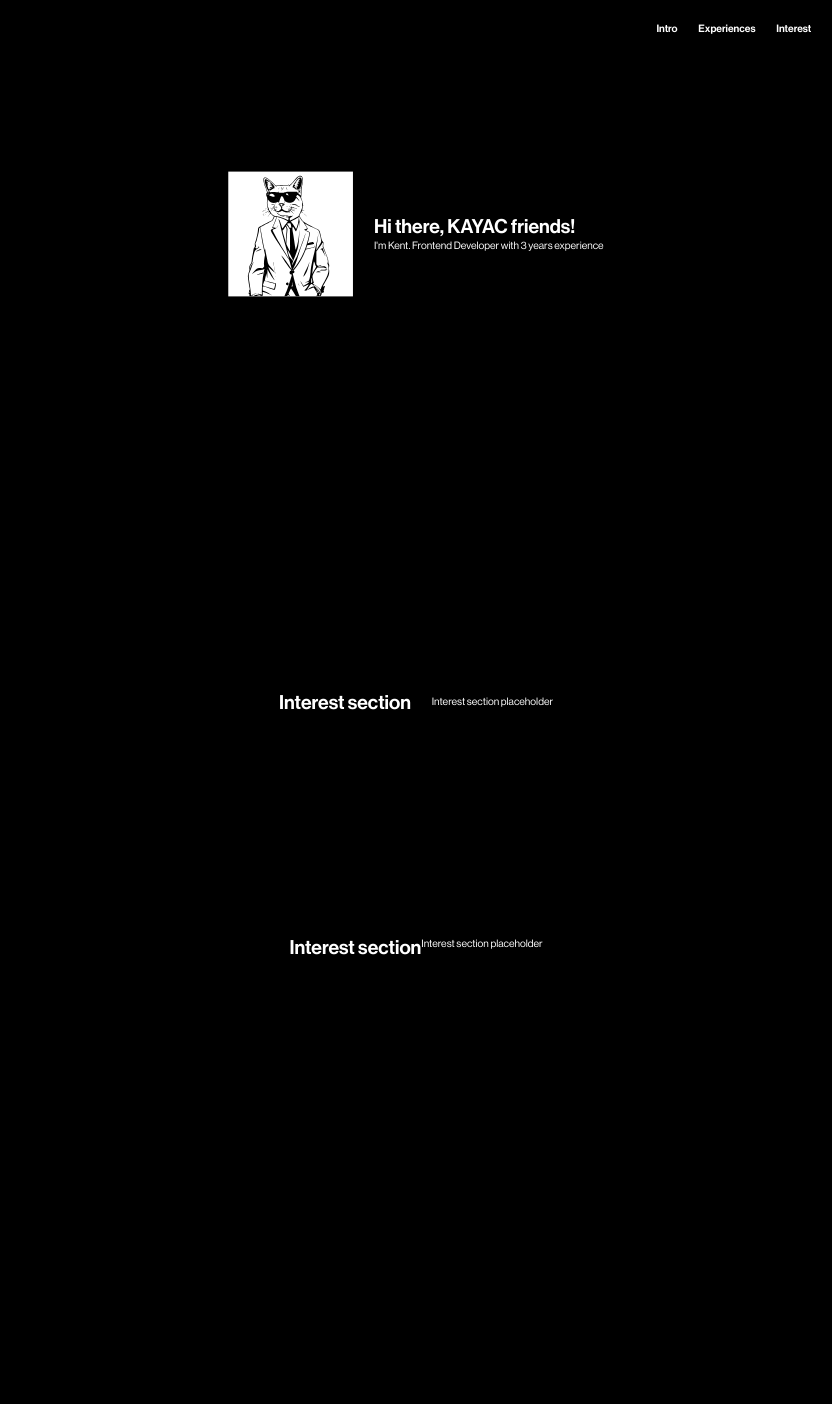
Repository: kentnathaniel/kayac-presentation
Page: /
The author's editor kept a copy of each file at every save. The page is drawn from the files as they stood at one save, then again after a run of saves.
The browser window is 1280 px wide. The pictures show the whole page, at 65% of full size.
The project was rebuilt for these pictures with package versions that can differ from the ones it lists, and the page was loaded fresh each time. Also part of the build but not shown: vite.config.ts.

Above is the page before, as saved 2024-09-14 09:23:52.

### src/App.tsx
import SmartCat from "./assets/smart-cat-suits.svg?react";

function App() {
  return (
    <div className="flex flex-col min-h-screen overflow-x-hidden">
      <nav className="flex w-screen fixed top-0 gap-8 p-8 justify-end">
        <a className="cursor-pointer">Intro</a>
        <a className="cursor-pointer">Experiences</a>
        <a className="cursor-pointer">Interest</a>
      </nav>

      <div className="flex justify-center mx-auto h-screen overflow-x-hidden">
        <div className="flex h-fit gap-8 items-center my-auto">
          <div className="bg-white w-fit">
            <SmartCat className="text-white w-48 h-48" />
          </div>
          <div>
            <h1 className="text-3xl text-left">Hi there, KAYAC friends!</h1>
            <p className="font-thin">
              I'm Kent. Frontend Developer with 3 years experience
            </p>
          </div>
        </div>
      </div>

      <div className="flex justify-center h-screen overflow-x-hidden">
        <div className="flex h-fit gap-8 items-center my-auto">
          <h1 className="text-3xl text-left">Interest section</h1>
          <p className="font-thin">Interest section placeholder</p>
        </div>
      </div>

      <div className="flex justify-center h-screen overflow-x-hidden">
        <h1 className="text-3xl text-left">Interest section</h1>
        <p className="font-thin">Interest section placeholder</p>
      </div>
    </div>
  );
}

export default App;

### src/index.css
@tailwind base;
@tailwind components;
@tailwind utilities;

body {
  background-color: black;
  color: white;
}

/* Thin */
@font-face {
  font-family: "Neue-Haas-Grotesk";
  src: url("./assets/fonts/NeueHaasDisplayRoman.ttf") format("truetype");
  font-weight: 300;
  font-style: normal;
}

@font-face {
  font-family: "Neue-Haas-Grotesk";
  src: url("./assets/fonts/NeueHaasDisplayRomanItalic.ttf") format("truetype");
  font-weight: 300;
  font-style: italic;
}

/* Mediums */
@font-face {
  font-family: "Neue-Haas-Grotesk";
  src: url("./assets/fonts/NeueHaasDisplayMedium.ttf") format("truetype");
  font-weight: 400;
  font-style: normal;
}

@font-face {
  font-family: "Neue-Haas-Grotesk";
  src: url("./assets/fonts/NeueHaasDisplayMediumItalic.ttf") format("truetype");
  font-weight: 400;
  font-style: italic;
}

/* Bolds */
@font-face {
  font-family: "Neue-Haas-Grotesk";
  src: url("./assets/fonts/NeueHaasDisplayBold.ttf") format("truetype");
  font-weight: 700;
  font-style: normal;
}

@font-face {
  font-family: "Neue-Haas-Grotesk";
  src: url("./assets/fonts/NeueHaasDisplayBoldItalic.ttf") format("truetype");
  font-weight: 700;
  font-style: italic;
}

body {
  font-family: "Neue-Haas-Grotesk", Arial, Helvetica, sans-serif;
}

### tailwind.config.ts
/** @type {import('tailwindcss').Config} */
export default {
  content: ["./index.html", "./src/**/*.{js,ts,jsx,tsx}"],
  theme: {
    extend: {
      fontFamily: {
        custom: ["Neue-Haas-Grotesk"],
      },
    },
  },
  plugins: [],
};

Loaded but not shown: index.html (common file); src/main.tsx (common file)

After the next 2 saves:
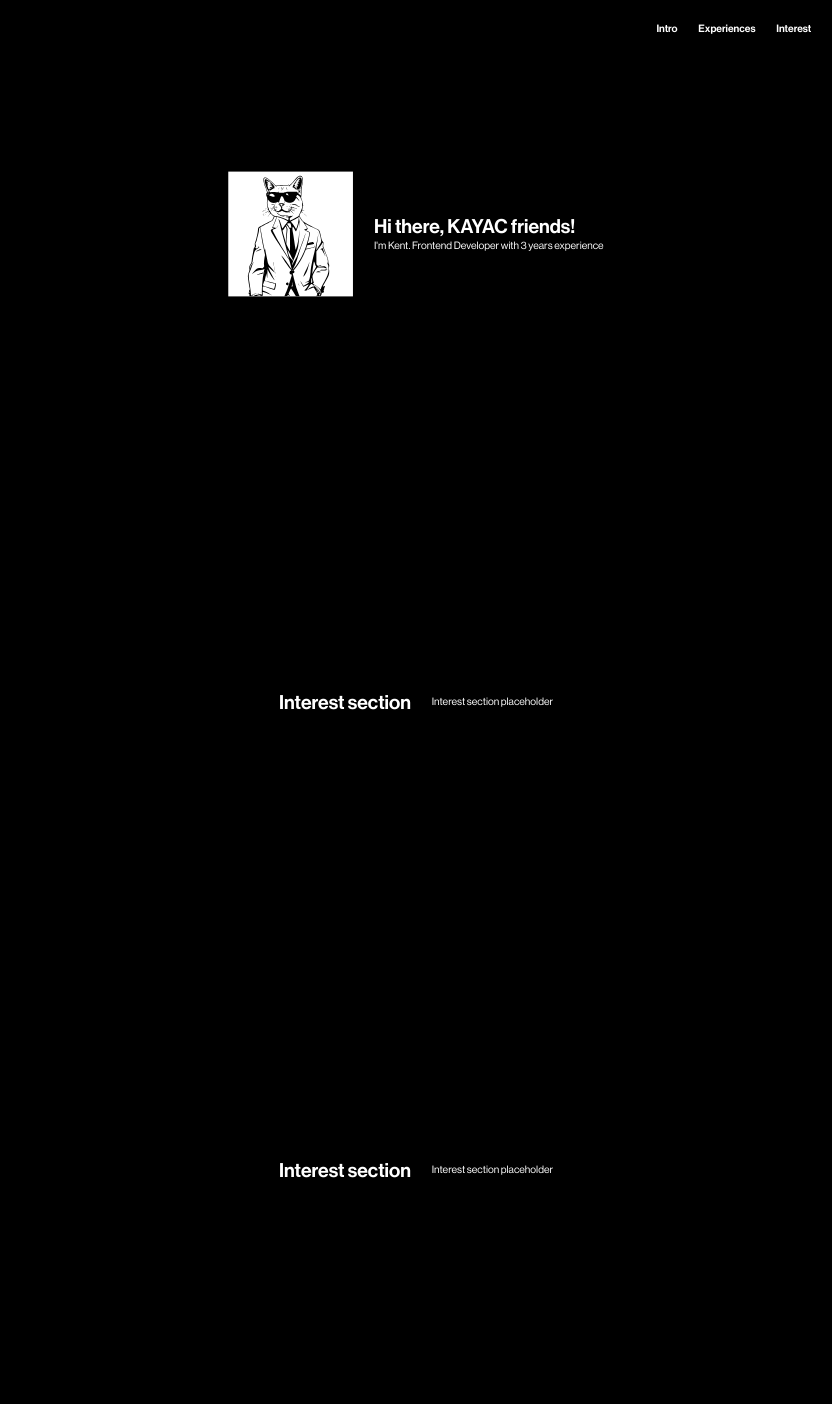
The 2 saves are shown as one change because 1 did not build or start.
The last was saved 15 s later.
--- a/src/App.tsx
+++ b/src/App.tsx
@@ -31,8 +31,10 @@
       </div>
 
       <div className="flex justify-center h-screen overflow-x-hidden">
-        <h1 className="text-3xl text-left">Interest section</h1>
-        <p className="font-thin">Interest section placeholder</p>
+        <div className="flex h-fit gap-8 items-center my-auto">
+          <h1 className="text-3xl text-left">Interest section</h1>
+          <p className="font-thin">Interest section placeholder</p>
+        </div>
       </div>
     </div>
   );
